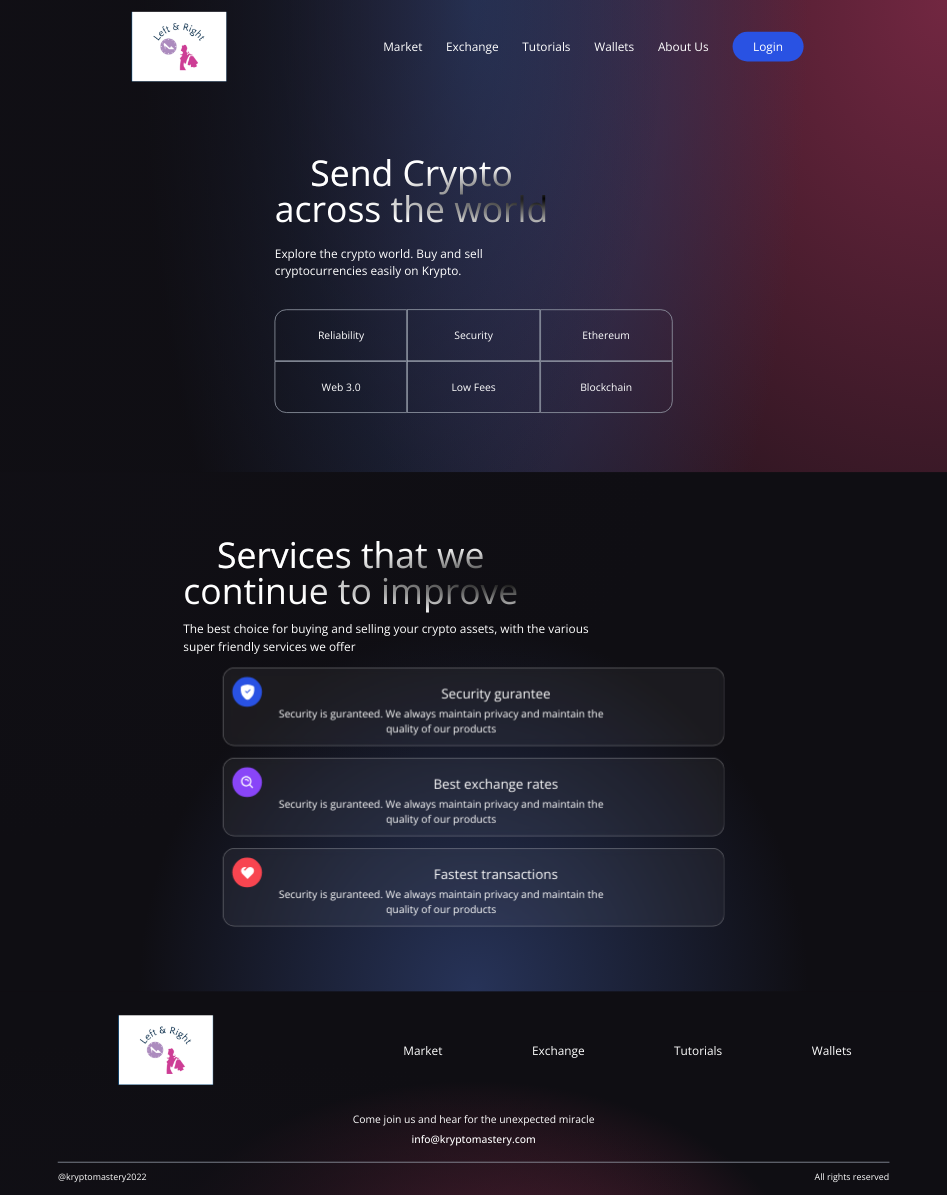
Repository: s6gandhi/Left-Right-Exchange
Page: / (app in client/Shoken/)
An editor plug-in stored every save of this project. The page is shown before and after the next save, followed by the edit.
The browser window is 1280 px wide. The pictures show the whole page, at 74% of full size.
The project was rebuilt for these pictures with package versions that can differ from the ones it lists, and the page was loaded fresh each time. Also part of the build but not shown: client/Shoken/vite.config.js.

Above is the page before, as saved 2022-08-08 22:27:55.

After the next save:
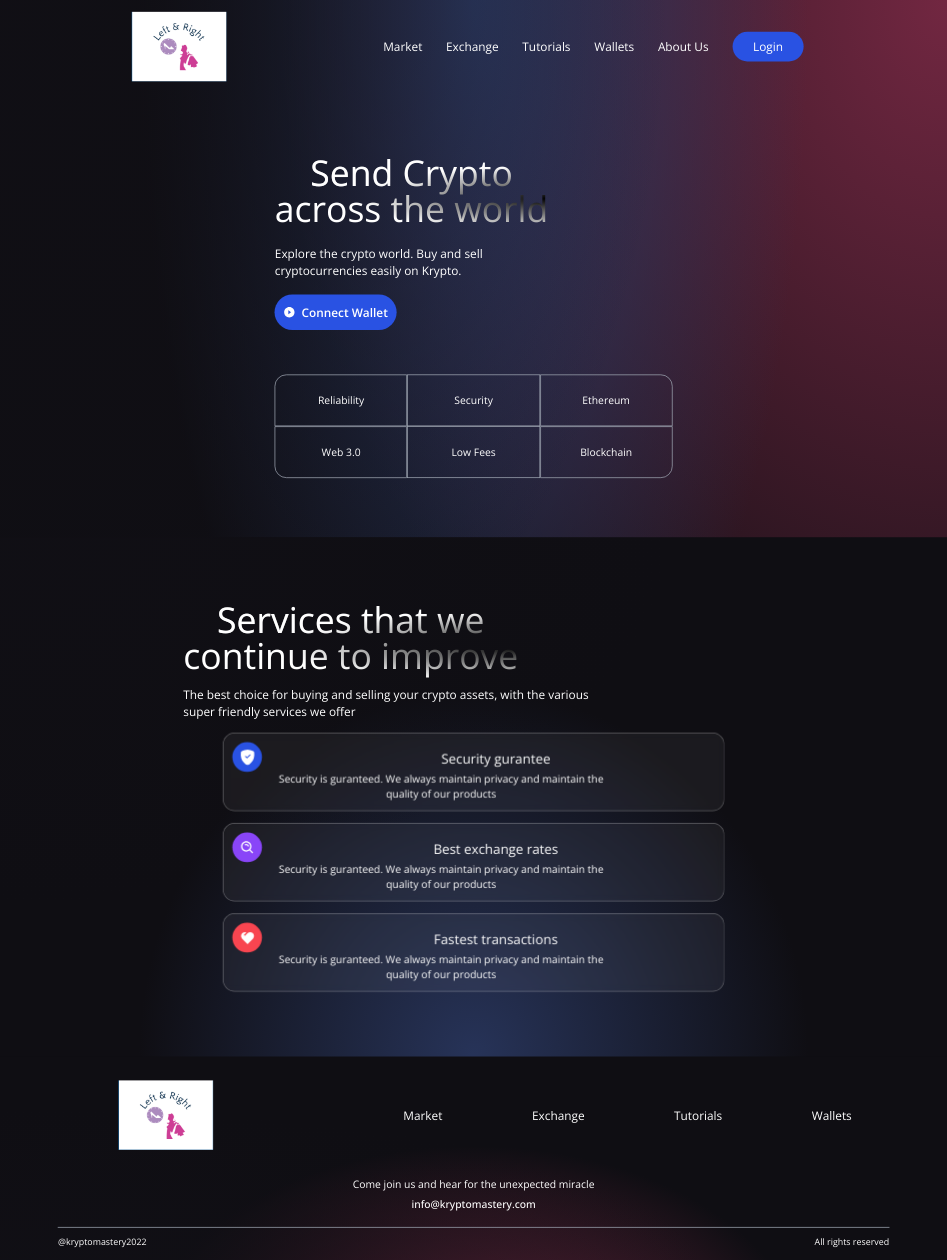
Saved 12 s later.
--- a/client/Shoken/src/components/Welcome.jsx
+++ b/client/Shoken/src/components/Welcome.jsx
@@ -46,7 +46,7 @@ const Welcome = () => {
                     <p className="text-left mt-5 text-white font-light md:w-9/12 w-11/12 text-base">
                         Explore the crypto world. Buy and sell cryptocurrencies easily on Krypto.
                     </p>
-                    {/* {{!currentAccount && (
+                    {!currentAccount && (
                         <button
                             type="button"
                             onClick={connectWallet}
@@ -57,7 +57,7 @@ const Welcome = () => {
                                 Connect Wallet
                             </p>
                         </button>
-                    )} */}
+                    )}
 
                     <div className="grid sm:grid-cols-3 grid-cols-2 w-full mt-10">
                         <div className={`rounded-tl-2xl ${companyCommonStyles}`}>
